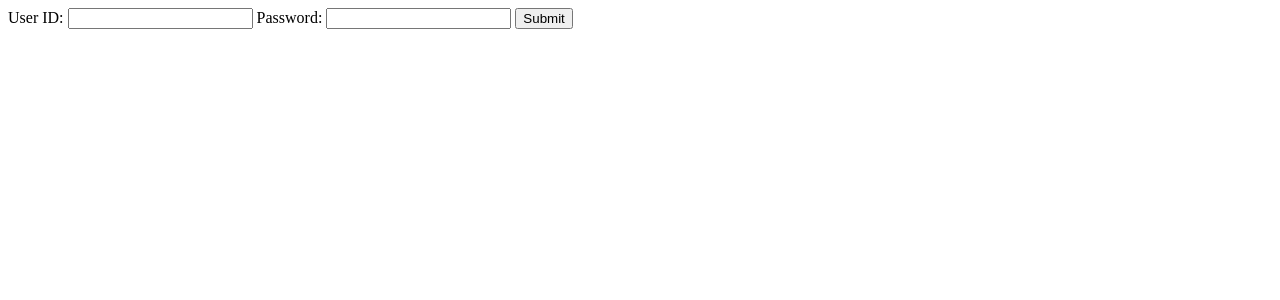
Repository: atonizer/workspace
Page: http://localhost/LoginProject/login.jsp
These files come from the project's save history. The page is drawn as it stood at one moment and after the next save; the edit follows.
The browser window is 1280 px wide. The pictures show the whole page.
The page is served by Tomcat 9. Other server files are loaded and not shown.

Above is the page before, as saved 2016-08-19 15:46:57.

### LoginProject/WebContent/login.jsp
<%@ page language="java" contentType="text/html; charset=UTF-8"
    pageEncoding="UTF-8"%>
<!DOCTYPE html PUBLIC "-//W3C//DTD HTML 4.01 Transitional//EN" "http://www.w3.org/TR/html4/loose.dtd">
<html>
<head>
<meta http-equiv="Content-Type" content="text/html; charset=UTF-8">
<title>Login Page</title>
</head>
<body>
<form action="" method="post">
	User ID: <input type="text" name="userID" />
	Password: <input type="password" name="password" />
	<input type="submit" />
</form>
</body>
</html>

After the next save:
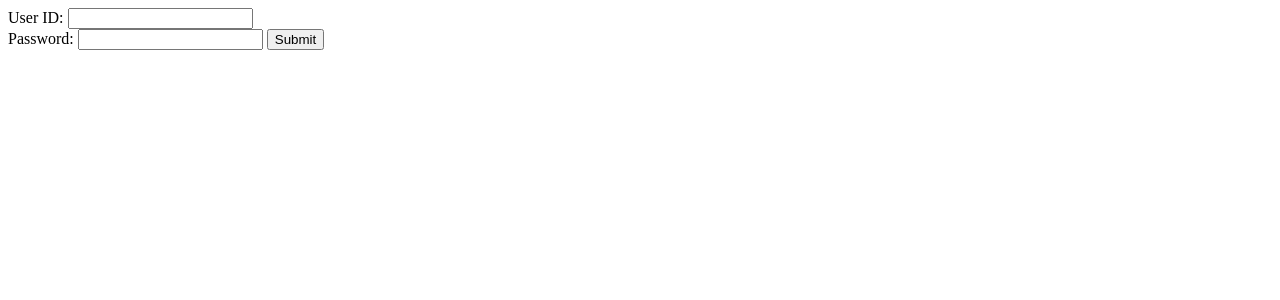
Saved 19 s later.
--- a/LoginProject/WebContent/login.jsp
+++ b/LoginProject/WebContent/login.jsp
@@ -9,7 +9,7 @@
 <body>
 <form action="" method="post">
 	User ID: <input type="text" name="userID" />
-	Password: <input type="password" name="password" />
+<br/>Password: <input type="password" name="password" />
 	<input type="submit" />
 </form>
 </body>
